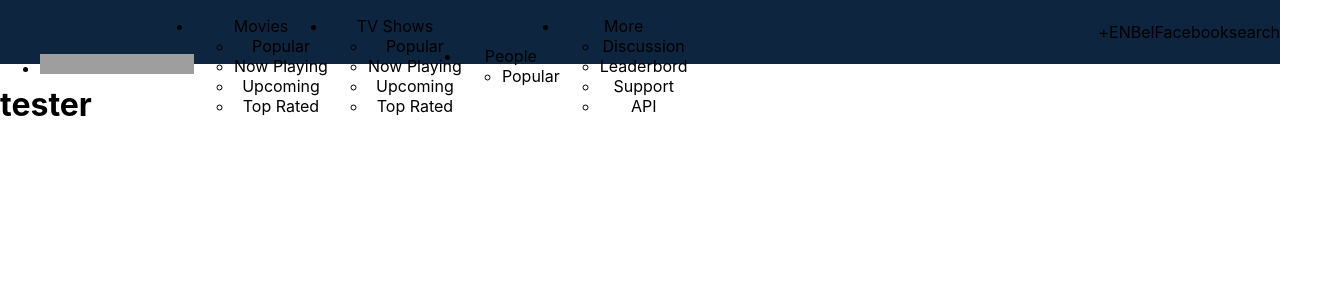
Repository: Fauzaanmhmd/qnpTesFrontend
Page: /
An editor plug-in stored every save of this project. The page is shown before and after the next save, followed by the edit.
The browser window is 1280 px wide. The page is 1280 px wide, then 1317 px, so the pictures cover 1317 px, including what lies to the right of the window. The pictures show the whole page.
Pictures or frames that could not be fetched are drawn as grey boxes. The page's requests for data from a server got no answer. The project was rebuilt for these pictures with package versions that can differ from the ones it lists, and the page was loaded fresh each time. The framework's server and built-in components were replaced by stand-ins that run in the browser. No one was signed in, and anything a server would have sent is missing. Also part of the build but not shown: next.config.js, styles/Moviecard.module.scss, pages/components/Moviecard.tsx.

Above is the page before, as saved 2022-03-17 13:08:16.

After the next save:
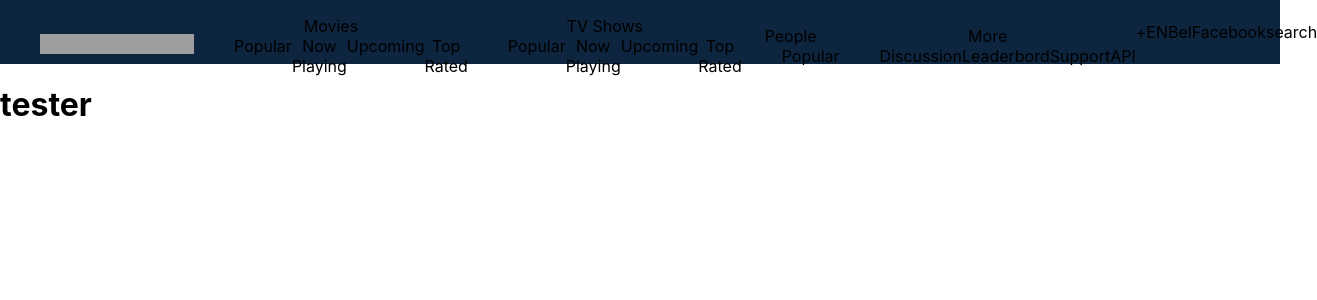
Saved 23 s later.
--- a/styles/Navbar.module.scss
+++ b/styles/Navbar.module.scss
@@ -12,7 +12,7 @@
     text-align: center;
 }
 
-.Menubar ul {
+.MenuBar ul {
     display: inline-flex;
     list-style: none;
 }
